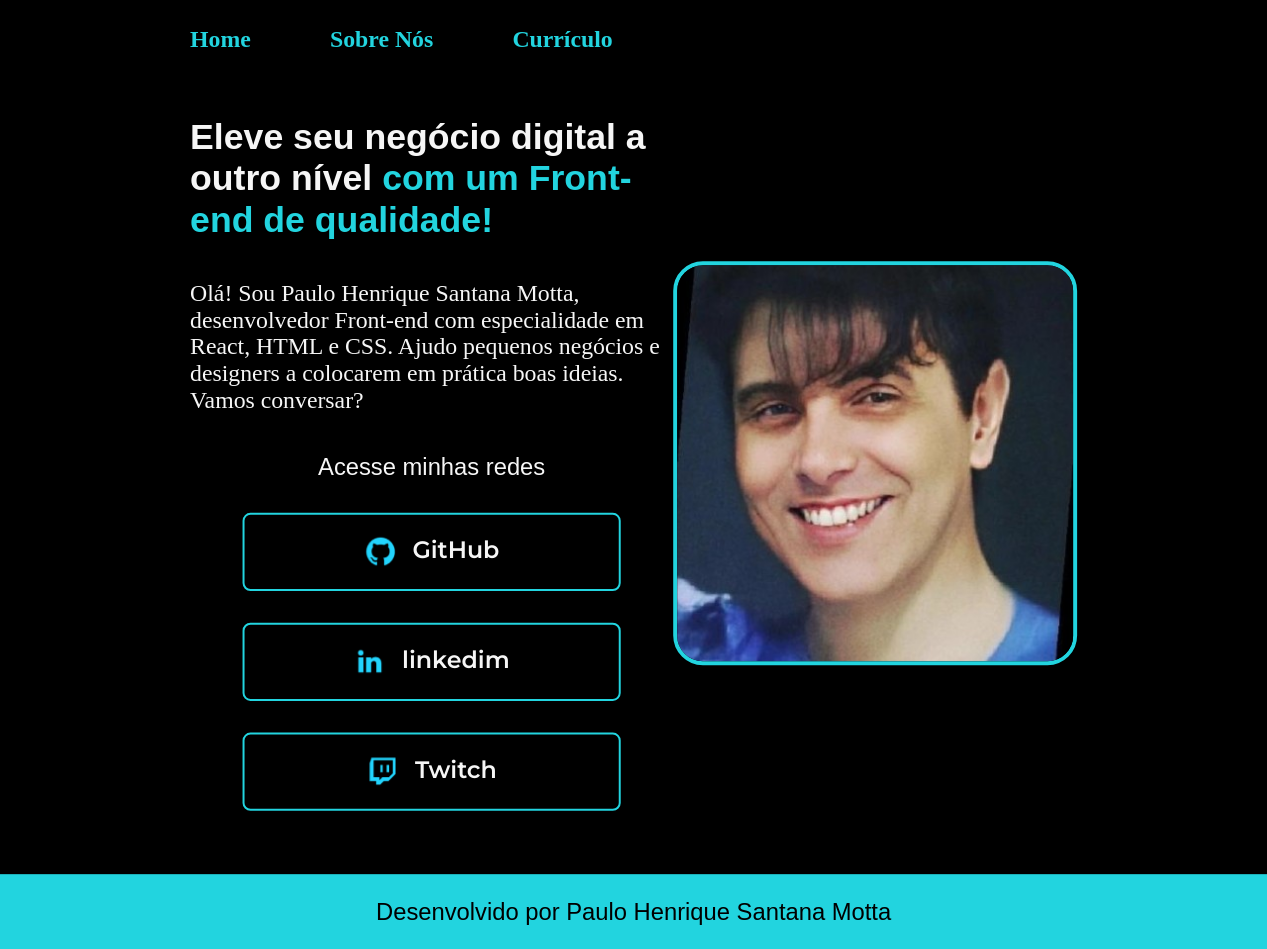
Repository: phsmottanerd/projeto-portfolio-alura
Page: index.html
An editor plug-in stored every save of this project. The page is shown before and after the next save, followed by the edit.
The browser window is 1280 px wide. The pictures show the whole page, at 99% of full size.
Some web fonts or font styles are not loaded; a fallback is used.

Above is the page before, as saved 2025-01-28 01:57:34.

After the next save:
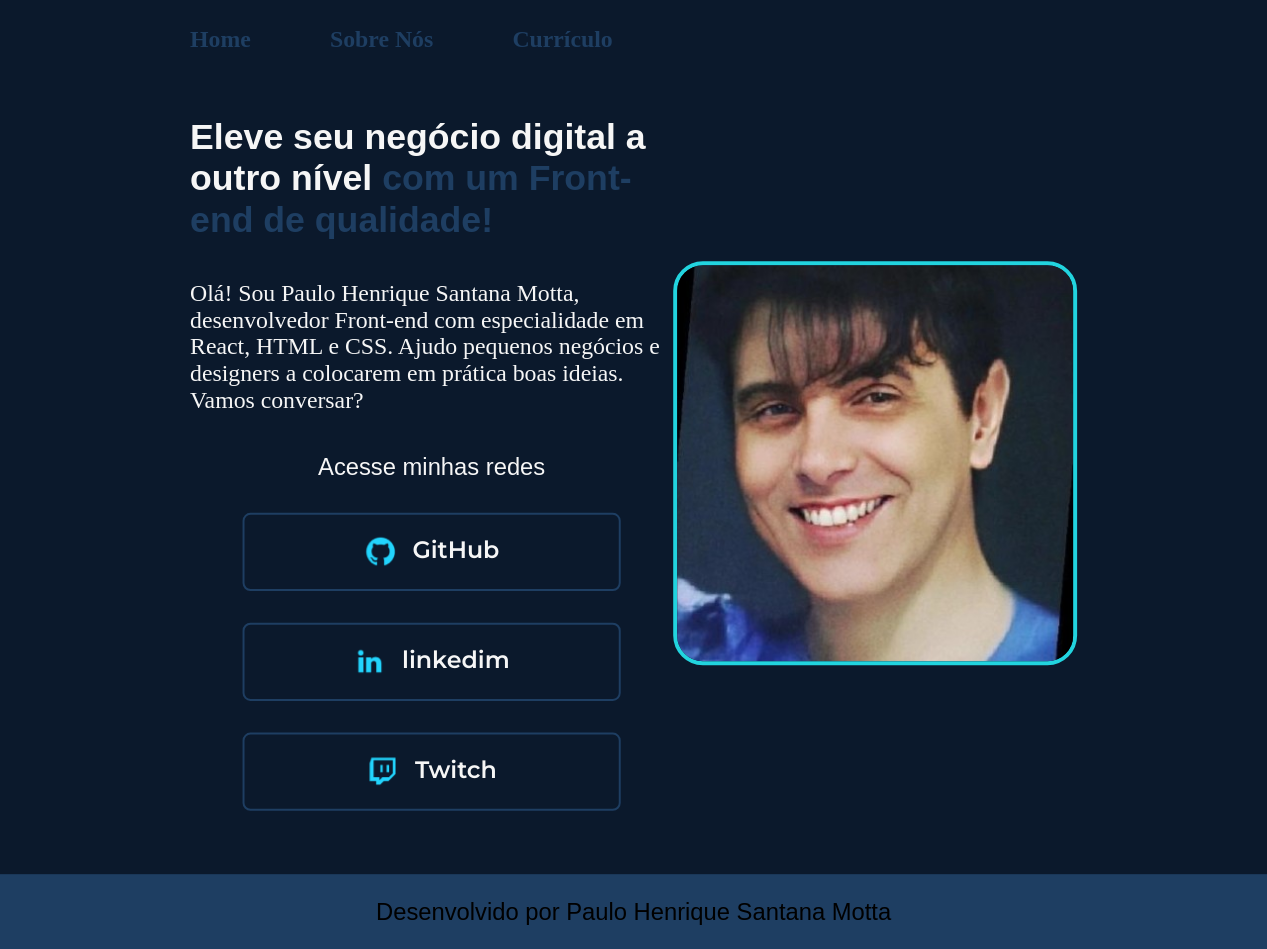
Saved 8 min 26 s later.
--- a/estilos/style.css
+++ b/estilos/style.css
@@ -1,9 +1,9 @@
 @import url("https://fonts.googleapis.com/css2?family=Krona+One&family=Montserrat:wght@400;600&display=swap");
 
 :root {
-  --cor-primaria: #000000;
+  --cor-primaria: #0B192C;
   --cor-secundaria: #f6f6f6;
-  --cor-terciaria: #22d4df;
+  --cor-terciaria:#1E3E62;
   --cor-hover: #272727;
 
   --font-primaria: "Krona One", sans-serif;
